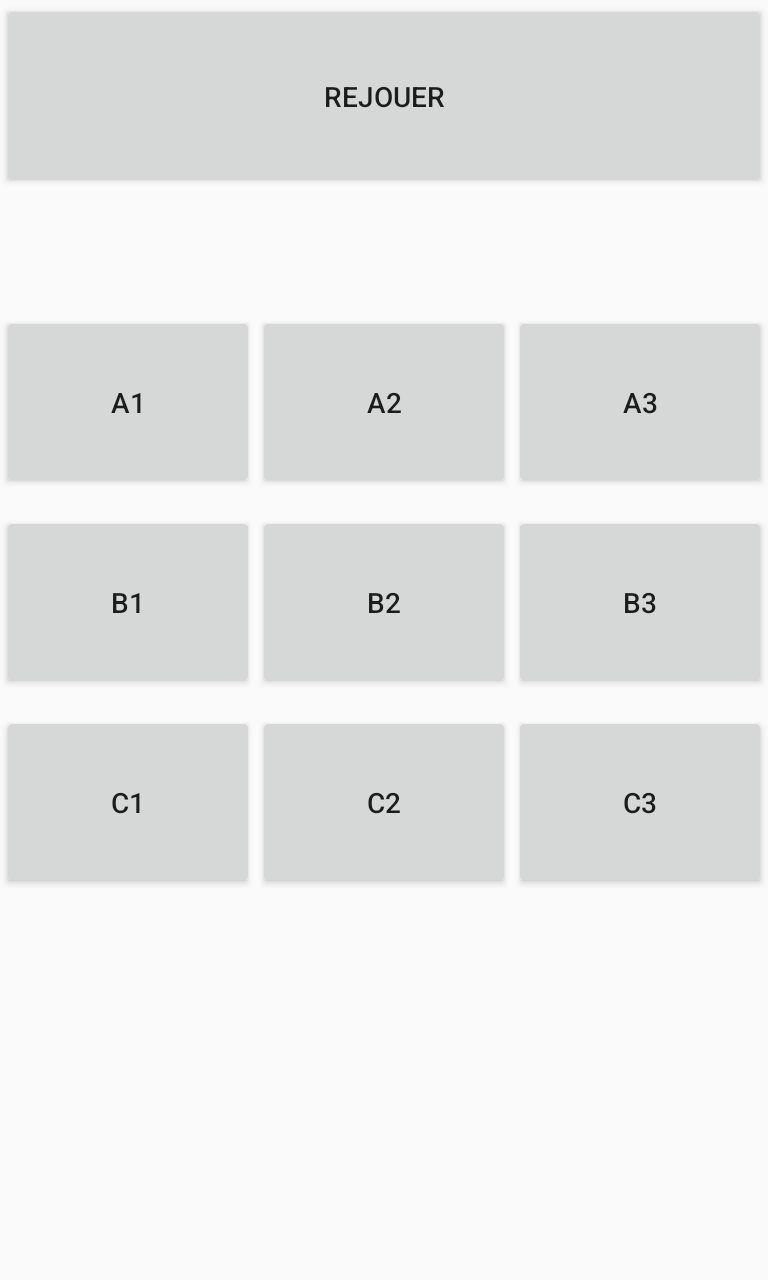
Repository: chakrinamo/Projet_S4_TicTacToe
Layout: Tic_Tac_Toe/res/layout/activity_main.xml
The author's editor kept a copy of each file at every save. The layout is drawn from the files as they stood at one save, then again after the next save.
It is drawn on a 768 x 1280 px phone screen (xhdpi) without system bars, with theme AppTheme; the app's code is not run.

Above is the layout before, as saved 2015-02-21 09:52:15.

After the next save:
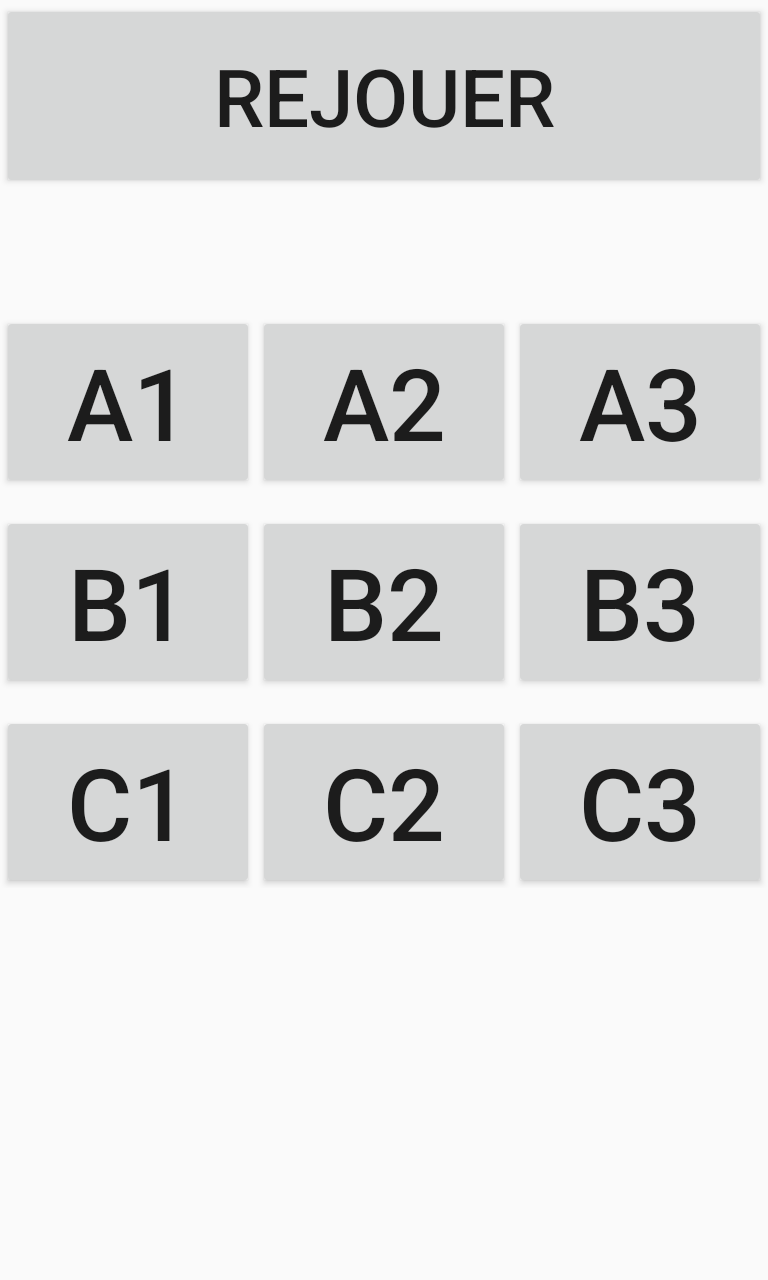
Saved 7 min 24 s later.
--- a/Tic_Tac_Toe/res/layout/activity_main.xml
+++ b/Tic_Tac_Toe/res/layout/activity_main.xml
@@ -15,7 +15,8 @@
             android:layout_width="fill_parent"
             android:layout_height="96dp"
             android:layout_marginBottom="60dp"
-            android:text="REJOUER" />
+            android:text="REJOUER"
+            android:textSize="40"/>
 
     </LinearLayout>
 
@@ -30,21 +31,24 @@
             android:layout_width="fill_parent"
             android:layout_height="90dp"
             android:layout_weight="1"
-            android:text="A1" />
+            android:text="A1"
+            android:textSize="50"/>
 
         <Button
             android:id="@+id/A2"
             android:layout_width="fill_parent"
             android:layout_height="90dp"
             android:layout_weight="1"
-            android:text="A2" />
+            android:text="A2"
+            android:textSize="50"/>
 
         <Button
             android:id="@+id/A3"
             android:layout_width="fill_parent"
             android:layout_height="90dp"
             android:layout_weight="1"
-            android:text="A3" />
+            android:text="A3"
+            android:textSize="50"/>
     </LinearLayout>
 
     <LinearLayout
@@ -58,21 +62,24 @@
             android:layout_width="fill_parent"
             android:layout_height="90dp"
             android:layout_weight="1"
-            android:text="B1" />
+            android:text="B1"
+            android:textSize="50"/>
 
         <Button
             android:id="@+id/B2"
             android:layout_width="fill_parent"
             android:layout_height="90dp"
             android:layout_weight="1"
-            android:text="B2" />
+            android:text="B2"
+            android:textSize="50"/>
 
         <Button
             android:id="@+id/B3"
             android:layout_width="fill_parent"
             android:layout_height="90dp"
             android:layout_weight="1"
-            android:text="B3" />
+            android:text="B3"
+            android:textSize="50"/>
     </LinearLayout>
 
     <LinearLayout
@@ -86,21 +93,24 @@
             android:layout_width="fill_parent"
             android:layout_height="90dp"
             android:layout_weight="1"
-            android:text="C1" />
+            android:text="C1"
+            android:textSize="50"/>
 
         <Button
             android:id="@+id/C2"
             android:layout_width="fill_parent"
             android:layout_height="90dp"
             android:layout_weight="1"
-            android:text="C2" />
+            android:text="C2"
+            android:textSize="50"/>
 
         <Button
             android:id="@+id/C3"
             android:layout_width="fill_parent"
             android:layout_height="90dp"
             android:layout_weight="1"
-            android:text="C3" />
+            android:text="C3"
+            android:textSize="50"/>
     </LinearLayout>
 
 </LinearLayout>
